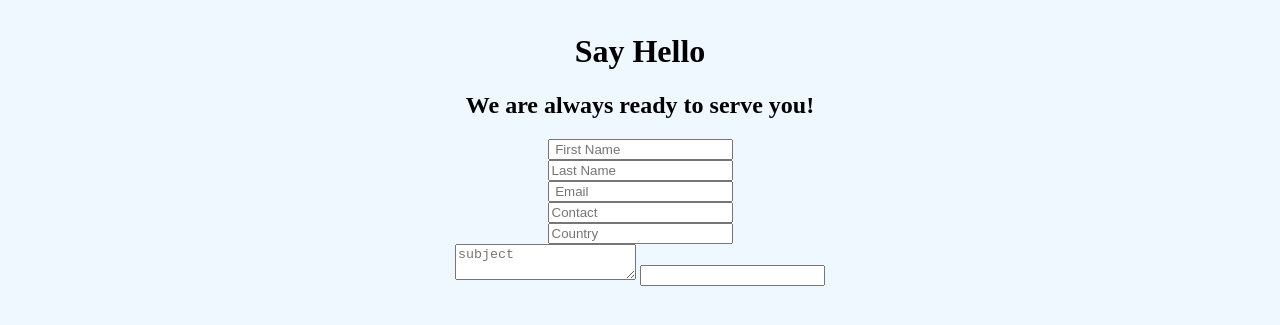
Repository: Owusuharriet/HW1-HAMAH.index.html
Page: index.htm
These files come from the project's save history. The page is drawn as it stood at one moment and after a run of saves; the edit follows.
The browser window is 1280 px wide. The pictures show the whole page.

Above is the page before, as saved 2020-08-03 23:03:08.

After the next 2 saves:
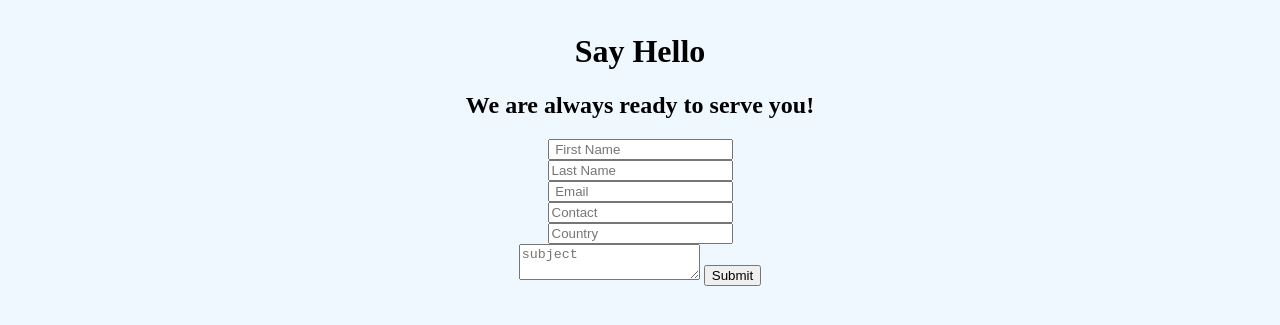
The 2 saves are shown as one change because they came seconds apart.
The last was saved 6 s later.
--- a/index.htm
+++ b/index.htm
@@ -26,7 +26,7 @@
         <br>
         <textarea name="subject" type="subject" class="form-control" placeholder="subject" required></textarea>
 
-        <input type=""
+        <input type="submit"
 
 
     </div>
